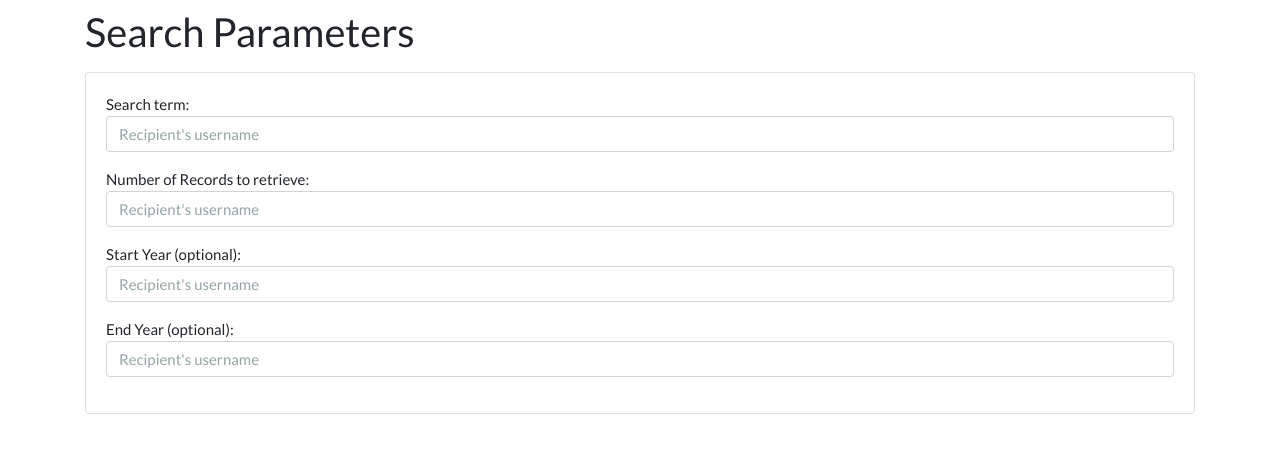
Repository: broganneagle/NYTSearch
Page: index.html
An editor plug-in stored every save of this project. The page is shown before and after the next save, followed by the edit.
The browser window is 1280 px wide. The pictures show the whole page.
Some web libraries are served in a nearby version.

Above is the page before, as saved 2020-06-26 13:47:55.

### index.html
<!DOCTYPE html>
<html lang="en">

<head>
    <meta charset="UTF-8">
    <meta name="viewport" content="width=device-width, initial-scale=1.0">
    <title>NYT Search</title>
    <link rel="stylesheet" href="https://stackpath.bootstrapcdn.com/bootstrap/4.3.1/css/bootstrap.min.css" />
    <link href="https://stackpath.bootstrapcdn.com/bootswatch/4.5.0/flatly/bootstrap.min.css" rel="stylesheet"
        integrity="sha384-mhpbKVUOPCSocLzx2ElRISIORFRwr1ZbO9bAlowgM5kO7hnpRBe+brVj8NNPUiFs" crossorigin="anonymous">
</head>

<body>
    <div class=container>
        <p class="h2"><h2>Search Parameters</h2></p>
        <div class="card">
            <div class="card-body">
                Search term:
                <div class="input-group mb-3">
                    <input type="text" class="form-control" placeholder="Recipient's username"
                        aria-label="Recipient's username" aria-describedby="button-addon2">
                </div>

                    Number of Records to retrieve:
                    <div class="input-group mb-3">

                        <input type="text" class="form-control" placeholder="Recipient's username"
                            aria-label="Recipient's username" aria-describedby="button-addon2">
                    </div>

                    Start Year (optional):
                    <div class="input-group mb-3">
                        <input type="text" class="form-control" placeholder="Recipient's username"
                            aria-label="Recipient's username" aria-describedby="button-addon2">
                    </div>

                    End Year (optional):
                    <div class="input-group mb-3">
                        <input type="text" class="form-control" placeholder="Recipient's username"
                            aria-label="Recipient's username" aria-describedby="button-addon2">


                    </div>
                </div>

</body>

</html>

After the next save:
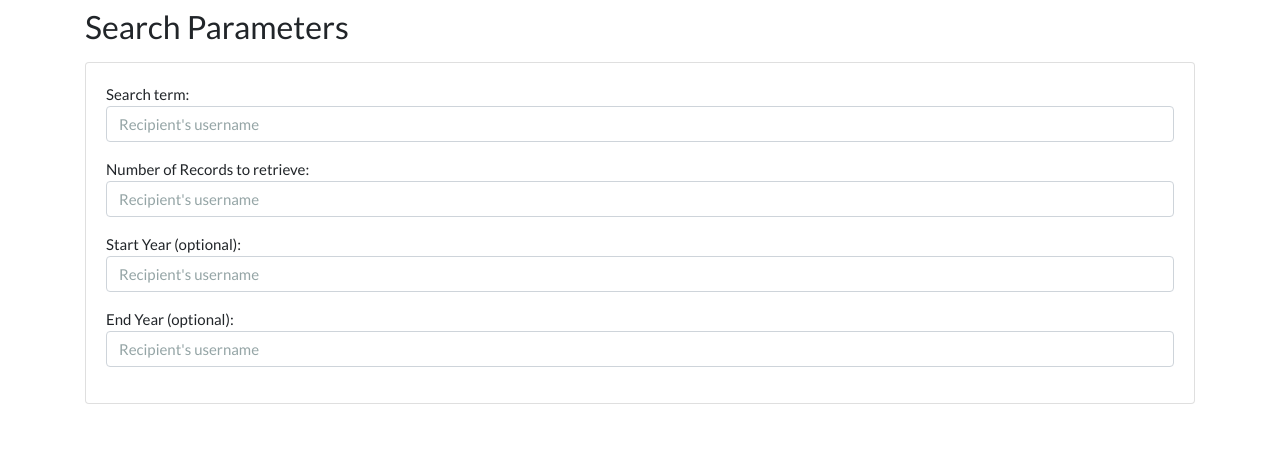
Saved 16 s later.
--- a/index.html
+++ b/index.html
@@ -12,7 +12,7 @@
 
 <body>
     <div class=container>
-        <p class="h2"><h2>Search Parameters</h2></p>
+        <p class="h3"><h3>Search Parameters</h3></p>
         <div class="card">
             <div class="card-body">
                 Search term:
